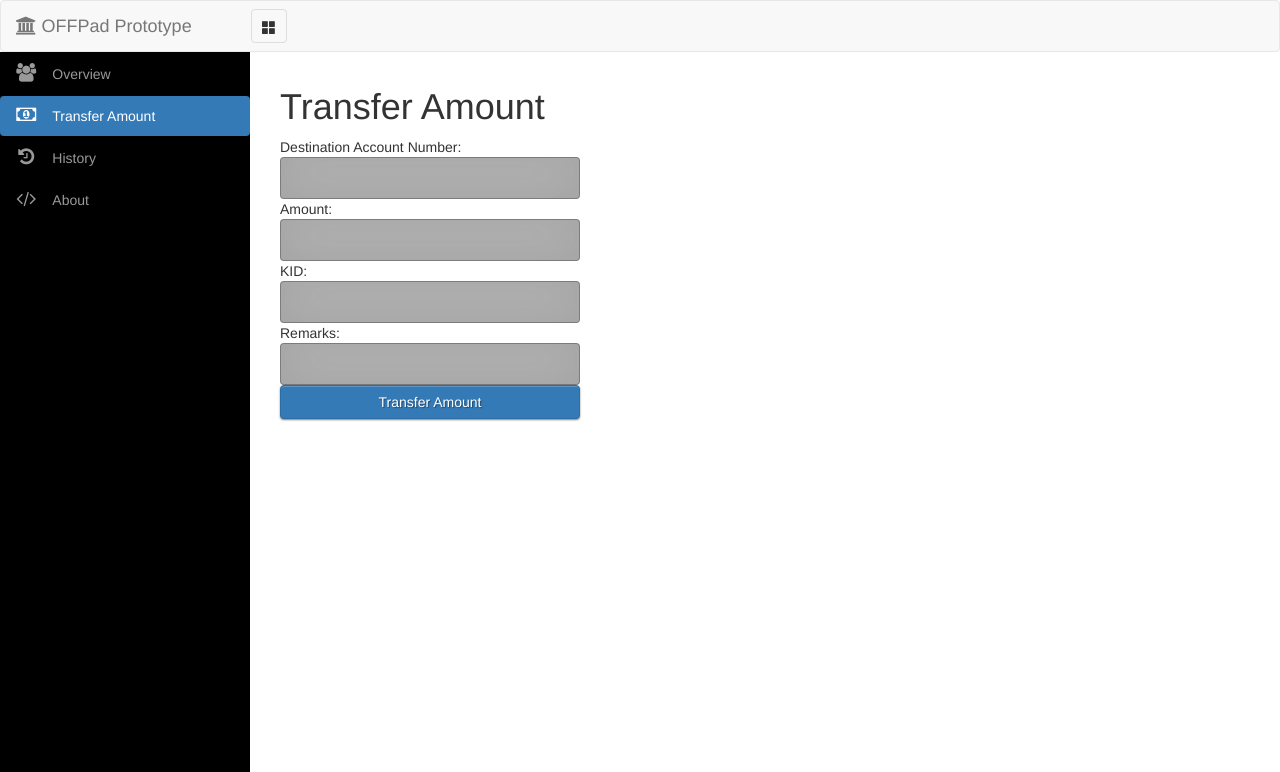
Repository: sijangurung/OFFPad-Projects
Page: http://localhost/OffPad_WebApp/clientPage.jsp
These files come from the project's save history. The page is drawn as it stood at one moment and after a run of saves; the edit follows.
The browser window is 1280 px wide. The pictures show the whole page.
The page is served by Tomcat 9. The template is opened directly, without the code that normally fills it, so the values that code supplies are empty.

Above is the page before, as saved 2015-12-29 17:46:28.

After the next 2 saves:
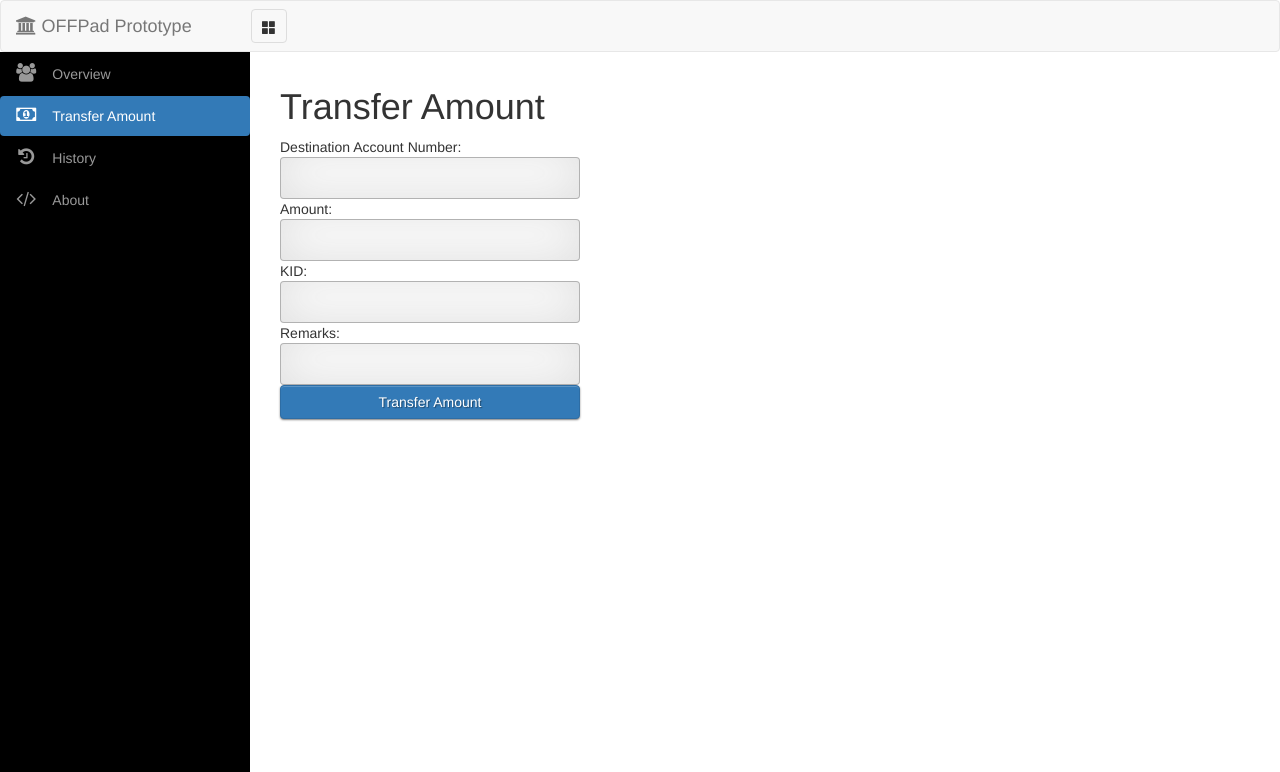
The 2 saves are shown as one change because they came seconds apart.
The last was saved 19 s later.
--- a/Web App Workspace/OffPad WebApp/WebContent/styles/style.css
+++ b/Web App Workspace/OffPad WebApp/WebContent/styles/style.css
@@ -42,7 +42,6 @@
 input {
 	width: 100%;
 	margin-bottom: 10px;
-	background: rgba(0,0,0,0.3);
 	border: none;
 	outline: none;
 	padding: 10px;
